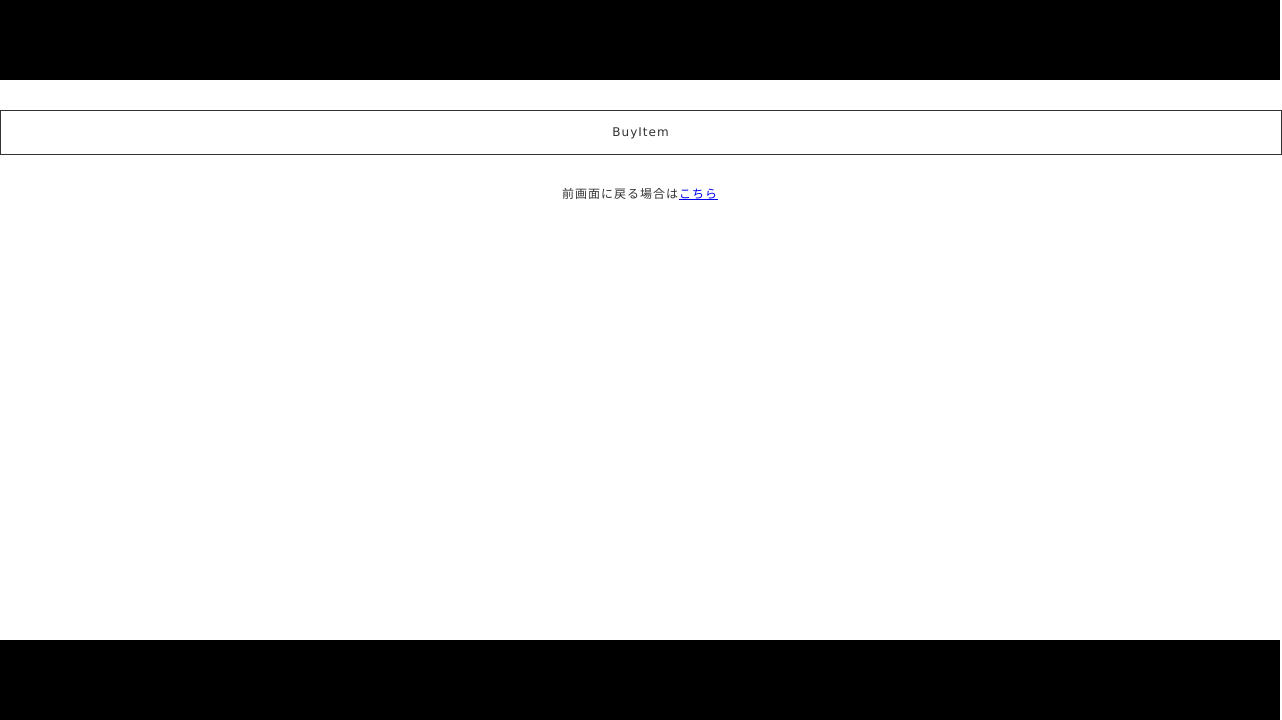
Repository: a4b3c2d1/backup
Page: http://localhost/template/cartin.jsp
The author's editor kept a copy of each file at every save. The page is drawn from the files as they stood at one save, then again after the next save.
The browser window is 1280 px wide. The page is 1282 px wide, so the pictures cover 1282 px, including what lies to the right of the window. The pictures show the whole page.
The page is served by Tomcat 9.

Above is the page before, as saved 2017-12-19 05:28:12.

After the next save:
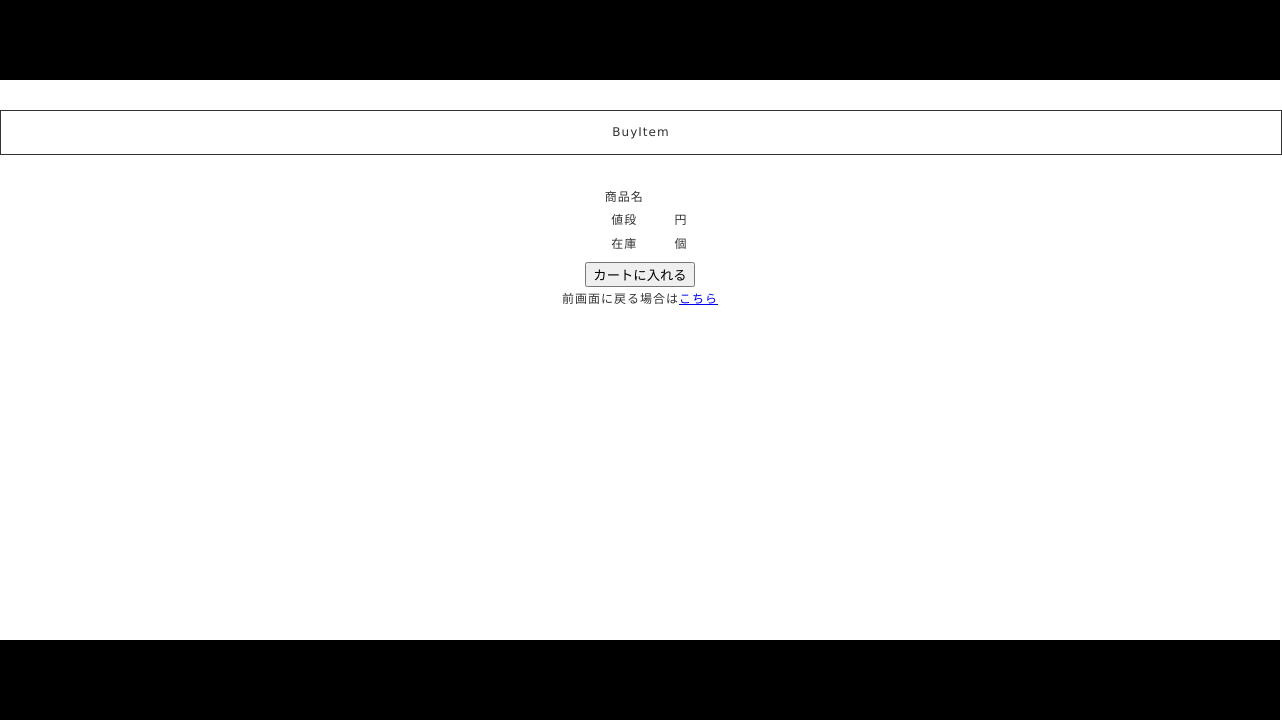
Saved 3 min 47 s later.
--- a/template/WebContent/cartin.jsp
+++ b/template/WebContent/cartin.jsp
@@ -72,7 +72,7 @@
 		<div>
 			<s:form action="BuyItemAction">
 				<table>
-					<s:iterator value="#session.buyItemDTOList">
+
 						<tr>
 							<td><span>商品名</span></td>
 							<td><s:property value="itemName" /></td>
@@ -90,7 +90,6 @@
 						<tr>
 							<td><s:submit value="カートに入れる" /></td>
 						</tr>
-					</s:iterator>
 
 				</table>
 			</s:form>
